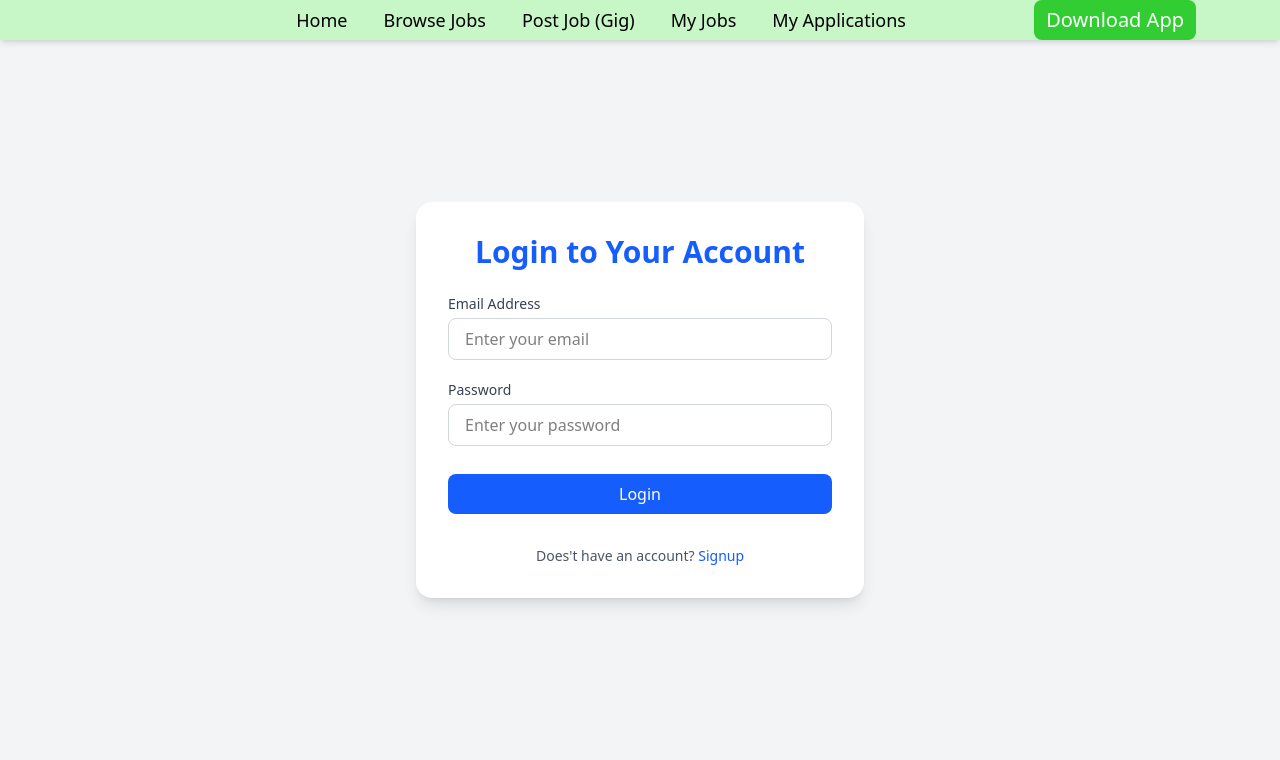
Repository: rushikesh-kolpe21/GigFlow
Page: / (app in frontend/)
The author's editor kept a copy of each file at every save. The page is drawn from the files as they stood at one save, then again after the next save.
The browser window is 1280 px wide. The pictures show the whole page.
The project was rebuilt for these pictures with package versions that can differ from the ones it lists, and the page was loaded fresh each time. Also part of the build but not shown: frontend/src/Landing/Auth/Signup.jsx, frontend/src/Landing/Home/LoggedIn.jsx.

Above is the page before, as saved 2026-01-12 07:40:12.

After the next save:
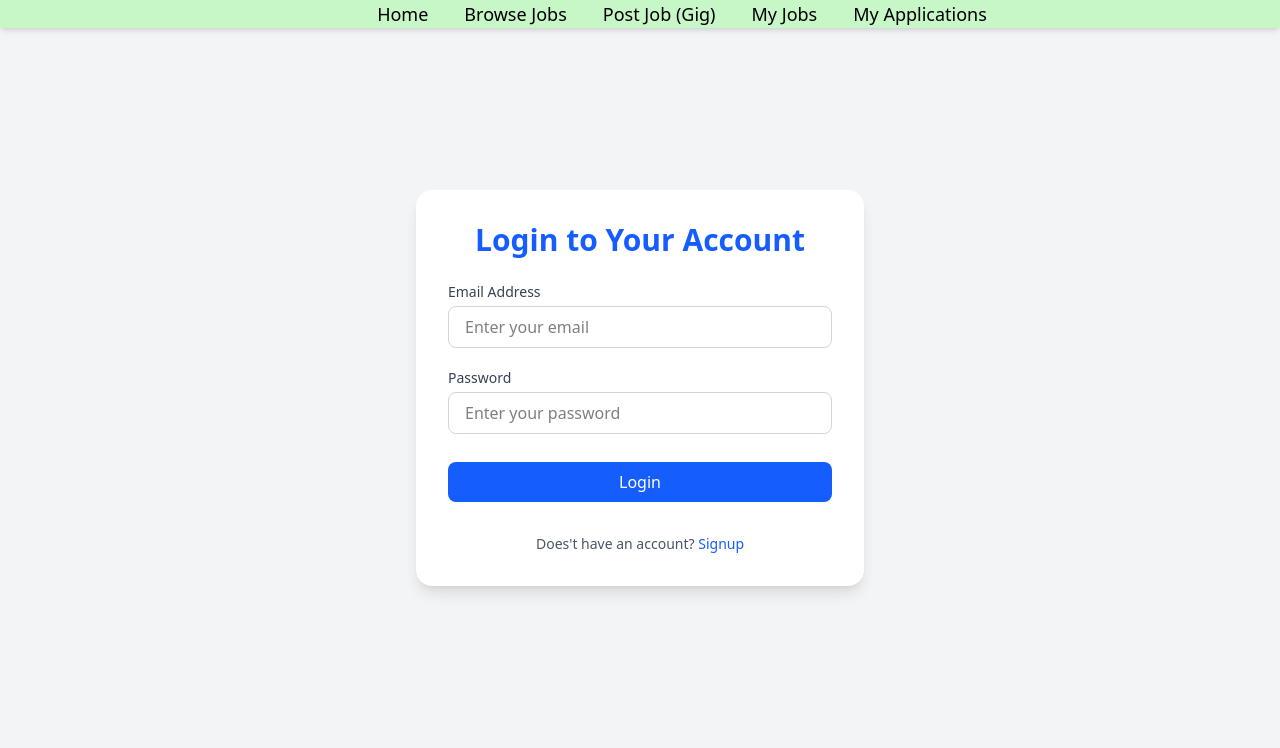
Saved 88 s later.
--- a/frontend/Navbar.jsx
+++ b/frontend/Navbar.jsx
@@ -48,9 +48,9 @@ export default function Navbar() {
 
         {/* download button */}
         <div className="hidden md:block z-20">
-          <button className="bg-[#32CD32] text-white px-3 py-1.5 rounded-lg hover:bg-[#28a745] text-xl">
+          {/* <button className="bg-[#32CD32] text-white px-3 py-1.5 rounded-lg hover:bg-[#28a745] text-xl">
             Download App
-          </button>
+          </button> */}
         </div>
 
         {/* mobile menu toggle */}
